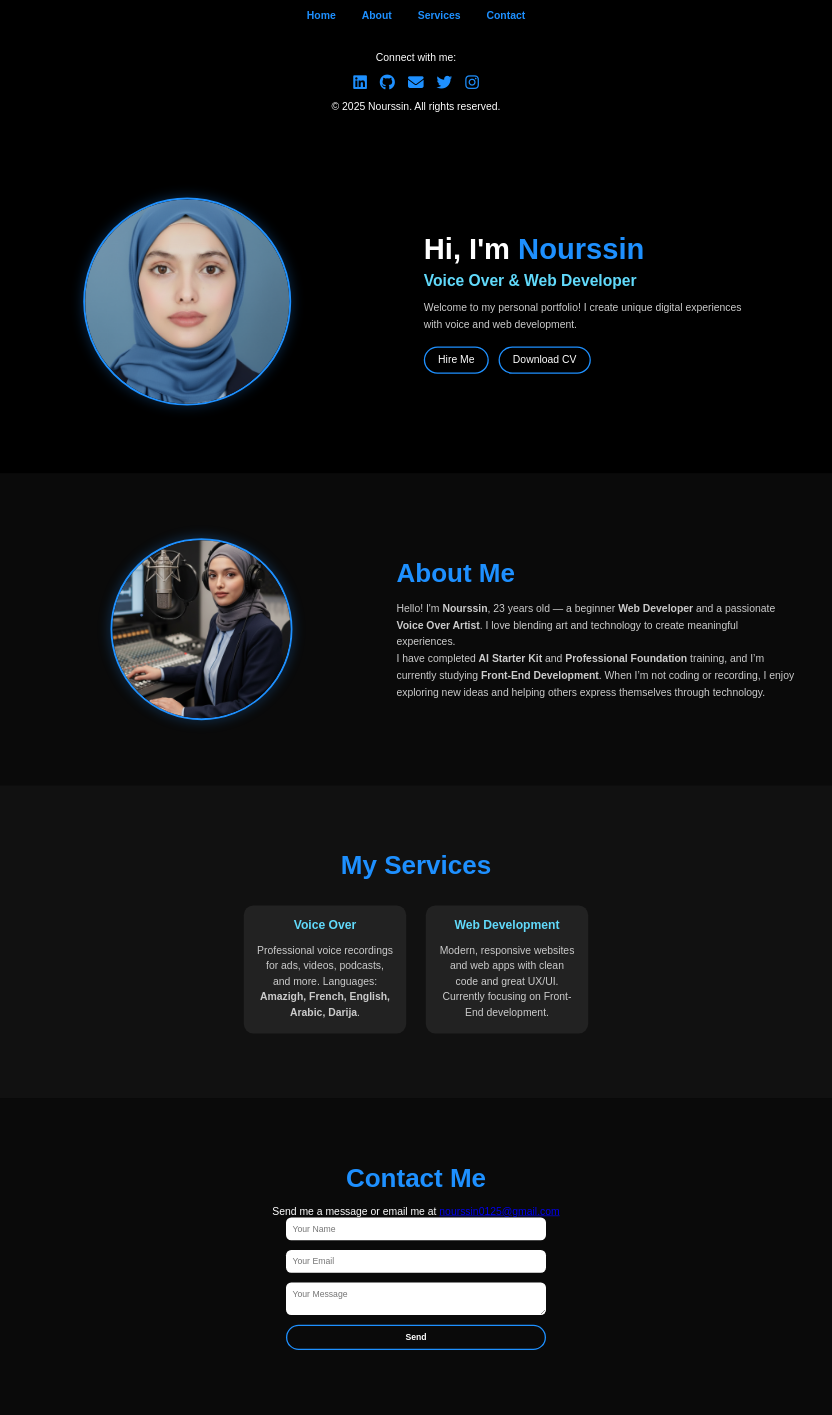
Repository: Abidar-Noura/portfolio
Page: index.html
The author's editor kept a copy of each file at every save. The page is drawn from the files as they stood at one save, then again after the next save.
The browser window is 1280 px wide. The pictures show the whole page, at 65% of full size.

Above is the page before, as saved 2025-11-02 13:06:50.

### index.html
<!DOCTYPE html>
<html lang="en">
<head>
  <link rel="stylesheet" href="https://cdnjs.cloudflare.com/ajax/libs/font-awesome/6.4.0/css/all.min.css"/>
  <meta charset="UTF-8">
  <meta name="viewport" content="width=device-width, initial-scale=1.0">
  <title>Portfolio - Nourssin</title>
  <link rel="stylesheet" href="style.css">
</head>
<!-- ===== FOOTER ===== -->
<footer>
  <p>Connect with me:</p>
  <div class="footer-socials">
    <a href="https://www.linkedin.com/in/nourssin" target="_blank"><i class="fab fa-linkedin"></i></a>
    <a href="https://github.com/Nourssin" target="_blank"><i class="fab fa-github"></i></a>
    <a href="mailto:nourssin@example.com"><i class="fas fa-envelope"></i></a>
    <a href="https://twitter.com/Nourssin" target="_blank"><i class="fab fa-twitter"></i></a>
    <a href="https://instagram.com/Nourssin" target="_blank"><i class="fab fa-instagram"></i></a>
  </div>
  <p>&copy; 2025 Nourssin. All rights reserved.</p>
</footer>

<body>

  <!-- ===== HEADER / NAVIGATION ===== -->
  <header>
    <nav>
      <ul>
        <li><a href="#home">Home</a></li>
        <li><a href="#about">About</a></li>
        <li><a href="#services">Services</a></li>
        <li><a href="#contact">Contact</a></li>
      </ul>
    </nav>
  </header>

  <!-- ===== HOME SECTION ===== -->
  <section class="home" id="home">
    <div class="home-content">
      <h1>Hi, I'm <span>Nourssin</span></h1>
      <h2>Voice Over & Web Developer</h2>
      <p>Welcome to my personal portfolio! I create unique digital experiences with voice and web development.</p>
      <div class="buttons">
        <a href="#contact" class="btn hire">Hire Me</a>
        <a href="files/Nourssin-CV.pdf" class="btn" download>Download CV</a>

      </div>
    </div>
    <div class="home-img">
      <img src="images/profile.png" alt="Nourssin Profile">
    </div>
  </section>



  <!-- ===== ABOUT SECTION ===== -->
 <section id="about" class="about">
  <div class="about-content">

    <!-- الصورة فاليسار -->
    <div class="about-img">
      <img src="images/nourssin-about.png" alt="Nourssin About Photo">
    </div>

    <!-- النص فاليمين -->
    <div class="about-text">
      <h2>About Me</h2>
      <p>
        Hello! I'm <strong>Nourssin</strong>, 23 years old — a beginner <strong>Web Developer</strong> and a passionate <strong>Voice Over Artist</strong>.
        I love blending art and technology to create meaningful experiences.
      </p>
      <p>
        I have completed <strong>AI Starter Kit</strong> and <strong>Professional Foundation</strong> training, and I’m currently studying <strong>Front-End Development</strong>.
        When I’m not coding or recording, I enjoy exploring new ideas and helping others express themselves through technology.
      </p>
    </div>

  </div>
</section>




  <!-- ===== SERVICES SECTION ===== -->
  <section id="services" class="services">
  <h2>My Services</h2>

  <div class="service-cards">

    <!-- Voice Over -->
    <div class="card">
      <h3>Voice Over</h3>
      <p>
        Professional voice recordings for ads, videos, podcasts, and more.
        Languages: <strong>Amazigh, French, English, Arabic, Darija</strong>.
      </p>
    </div>

    <!-- Web Development -->
    <div class="card">
      <h3>Web Development</h3>
      <p>
        Modern, responsive websites and web apps with clean code and great UX/UI.
        Currently focusing on Front-End development.
      </p>
    </div>

  </div>
</section>

  <!-- ===== CONTACT SECTION ===== -->
  <section class="contact" id="contact">
    <h2>Contact Me</h2>
    <p>Send me a message or email me at <a href="mailto:nourssin0125@gmail.com">nourssin0125@gmail.com</a></p>
    <form>
      <input type="text" placeholder="Your Name" required>
      <input type="email" placeholder="Your Email" required>
      <textarea placeholder="Your Message" required></textarea>
      <button type="submit">Send</button>
    </form>
  </section>

</body>
</html>

### style.css
/* ===== RESET ===== */
* {
  margin: 0;
  padding: 0;
  box-sizing: border-box;
  font-family: 'Poppins', sans-serif;
}

/* ===== BODY ===== */
body {
  background-color: #000;
  color: #fff;
  scroll-behavior: smooth;
}

/* ===== HEADER ===== */
header {
  position: fixed;
  top: 0;
  width: 100%;
  background-color: #000;
  z-index: 1000;
  padding: 15px 0;
}

header nav ul {
  display: flex;
  justify-content: center;
  list-style: none;
  gap: 40px;
}

header nav ul li a {
  text-decoration: none;
  color: #1E90FF;
  font-weight: bold;
  transition: 0.3s;
}

header nav ul li a:hover {
  color: #61dafb;
}

/* ===== HOME SECTION ===== */
.home {
  display: flex;
  align-items: center;
  justify-content: space-between;
  padding: 100px 10%;
  background-color: #000;
  color: #fff;
  flex-wrap: wrap;
}

/* الصورة فاليسار */
.home-img {
  order: 1;
}

.home-img img {
  width: 320px;
  height: 320px;
  border-radius: 50%;
  border: 3px solid #1E90FF;
  object-fit: cover;
  box-shadow: 0 0 20px rgba(30,144,255,0.3);
  transition: transform 0.3s ease;
}

.home-img img:hover {
  transform: scale(1.05) rotate(2deg);
}

/* النص فاليمين */
.home-content {
  max-width: 500px;
  order: 2;
}

.home-content h1 {
  font-size: 2.8rem;
  margin-bottom: 10px;
}

.home-content h1 span {
  color: #1E90FF;
}

.home-content h2 {
  color: #61dafb;
  font-size: 1.5rem;
  margin-bottom: 15px;
}

.home-content p {
  color: #ccc;
  margin-bottom: 20px;
  line-height: 1.6;
}

.buttons {
  display: flex;
  gap: 15px;
}

.btn {
  text-decoration: none;
  color: white;
  padding: 10px 20px;
  border: 2px solid #1E90FF;
  border-radius: 25px;
  transition: 0.3s;
}

.btn:hover {
  background-color: #1E90FF;
  color: black;
}

/* ===== ABOUT SECTION ===== */
.about {
  padding: 100px 50px;
  background-color: #0a0a0a;
  color: #fff;
}

.about-content {
  display: flex;
  align-items: center;
  justify-content: space-between;
  gap: 40px;
  flex-wrap: wrap;
}

.about-text {
  flex: 1 1 400px;
}

.about-text h2 {
  color: #1E90FF;
  font-size: 2.5rem;
  margin-bottom: 20px;
}

.about-text p {
  color: #ccc;
  line-height: 1.6;
}

.about-img {
  flex: 1 1 300px;
  display: flex;
  justify-content: center;
}

.about-img img {
  width: 280px;
  height: 280px;
  border-radius: 50%;
  border: 3px solid #1E90FF;
  object-fit: cover;
  box-shadow: 0 0 20px rgba(30,144,255,0.3);
}

/* ===== SERVICES SECTION ===== */
.services {
  padding: 100px 50px;
  background-color: #111;
  color: #fff;
  text-align: center;
}

.services h2 {
  color: #1E90FF;
  margin-bottom: 40px;
  font-size: 2.5rem;
}

.service-cards {
  display: flex;
  flex-wrap: wrap;
  gap: 30px;
  justify-content: center;
}

.card {
  background-color: #222;
  padding: 20px;
  border-radius: 15px;
  width: 250px;
  transition: transform 0.3s, box-shadow 0.3s;
}

.card:hover {
  transform: translateY(-10px);
  box-shadow: 0 10px 20px rgba(30, 144, 255, 0.5);
}

.card h3 {
  color: #61dafb;
  margin-bottom: 15px;
}

.card p {
  color: #ccc;
  line-height: 1.5;
}

/* ===== CONTACT SECTION ===== */
.contact {
  padding: 100px 50px;
  background-color: #0a0a0a;
  color: #fff;
  text-align: center;
}

.contact h2 {
  color: #1E90FF;
  margin-bottom: 20px;
  font-size: 2.5rem;
}

.contact form {
  display: flex;
  flex-direction: column;
  gap: 15px;
  max-width: 400px;
  margin: 0 auto;
}

.contact input, .contact textarea {
  padding: 10px;
  border-radius: 8px;
  border: none;
}

.contact button {
  padding: 10px;
  border-radius: 25px;
  border: 2px solid #1E90FF;
  background-color: transparent;
  color: #fff;
  font-weight: bold;
  cursor: pointer;
  transition: 0.3s;
}

.contact button:hover {
  background-color: #1E90FF;
  color: black;
}

/* ===== RESPONSIVE ===== */
@media (max-width: 900px) {
  .home {
    flex-direction: column;
    text-align: center;
  }

  .home-img, .home-content {
    order: unset;
  }

  .home-img img {
    width: 250px;
    height: 250px;
    margin-bottom: 20px;
  }

  .about-content {
    flex-direction: column;
    text-align: center;
  }

  .about-img {
    margin-bottom: 20px;
  }
}
/* ===== Responsive (phones & tablets) ===== */
@media (max-width: 900px) {
  /* نخلي العناصر فوق بعضها */
  .home {
    flex-direction: column;
    text-align: center;
  }

  /* الصورة تطلع فوق */
  .home-img {
    order: 1;
  }

  /* النص ينزل تحت */
  .home-content {
    order: 2;
  }

  .home-img img {
    width: 250px;
    height: 250px;
    margin-bottom: 25px;
  }

  .home-content h1 {
    font-size: 2rem;
  }

  .home-content h2 {
    font-size: 1.2rem;
  }

  .home-content p {
    font-size: 0.95rem;
  }

  .buttons {
    justify-content: center;
  }
}
footer {
  background-color: #000;
  color: #fff;
  text-align: center;
  padding: 30px 20px;
  margin-top: 50px;
}

.footer-socials {
  display: flex;
  justify-content: center;
  gap: 20px;
  margin: 15px 0;
}

.footer-socials a {
  color: #1E90FF;
  font-size: 1.5rem;
  transition: 0.3s;
}

.footer-socials a:hover {
  color: #61dafb;
  transform: scale(1.2);
}

After the next save:
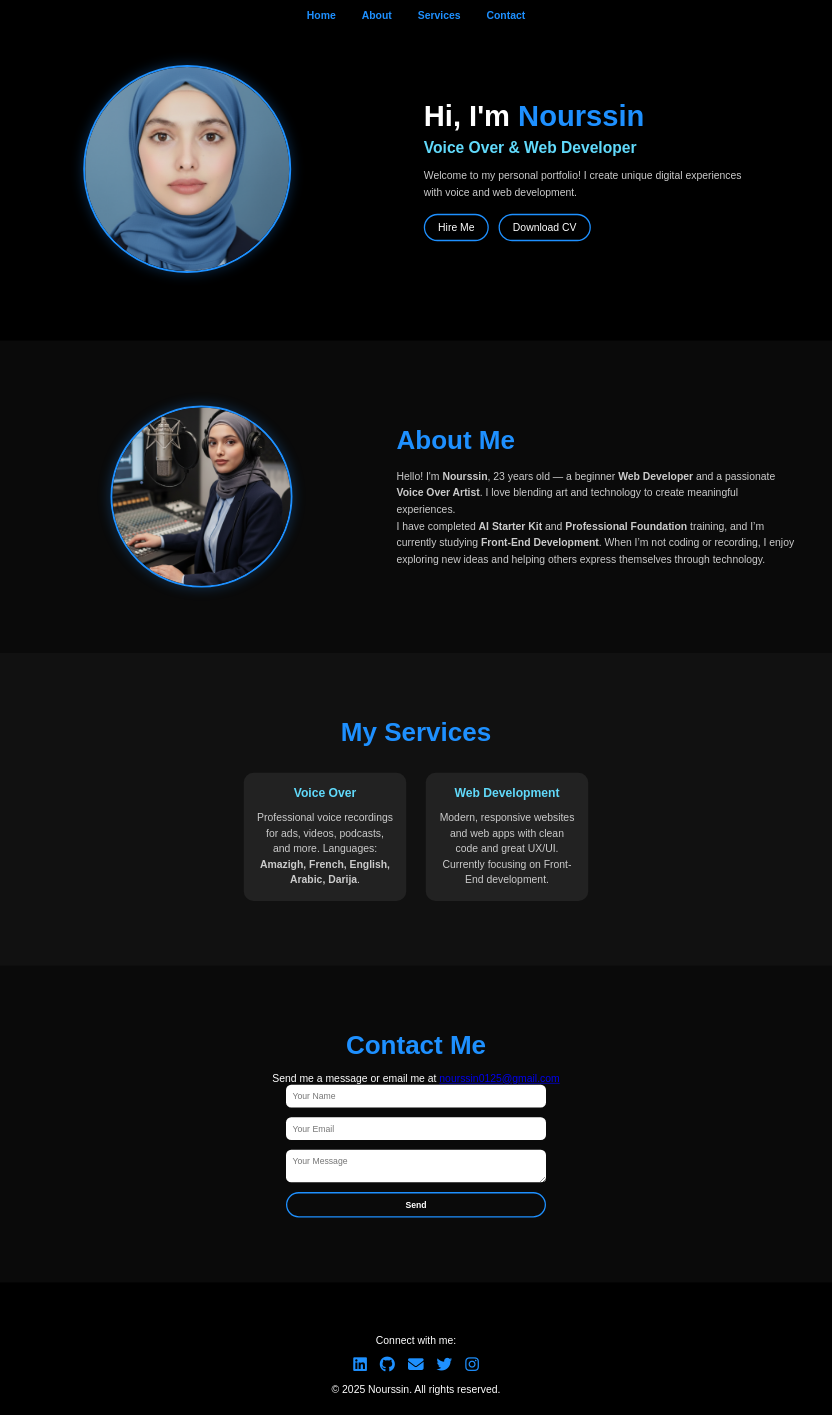
Saved 5 min 40 s later.
--- a/index.html
+++ b/index.html
@@ -7,19 +7,6 @@
   <title>Portfolio - Nourssin</title>
   <link rel="stylesheet" href="style.css">
 </head>
-<!-- ===== FOOTER ===== -->
-<footer>
-  <p>Connect with me:</p>
-  <div class="footer-socials">
-    <a href="https://www.linkedin.com/in/nourssin" target="_blank"><i class="fab fa-linkedin"></i></a>
-    <a href="https://github.com/Nourssin" target="_blank"><i class="fab fa-github"></i></a>
-    <a href="mailto:nourssin@example.com"><i class="fas fa-envelope"></i></a>
-    <a href="https://twitter.com/Nourssin" target="_blank"><i class="fab fa-twitter"></i></a>
-    <a href="https://instagram.com/Nourssin" target="_blank"><i class="fab fa-instagram"></i></a>
-  </div>
-  <p>&copy; 2025 Nourssin. All rights reserved.</p>
-</footer>
-
 <body>
 
   <!-- ===== HEADER / NAVIGATION ===== -->
@@ -119,6 +106,18 @@
       <button type="submit">Send</button>
     </form>
   </section>
+<!-- ===== FOOTER ===== -->
+<footer>
+  <p>Connect with me:</p>
+  <div class="footer-socials">
+    <a href="https://www.linkedin.com/in/nourssin" target="_blank"><i class="fab fa-linkedin"></i></a>
+    <a href="https://github.com/Nourssin" target="_blank"><i class="fab fa-github"></i></a>
+    <a href="mailto:nourssin@example.com"><i class="fas fa-envelope"></i></a>
+    <a href="https://twitter.com/Nourssin" target="_blank"><i class="fab fa-twitter"></i></a>
+    <a href="https://instagram.com/Nourssin" target="_blank"><i class="fab fa-instagram"></i></a>
+  </div>
+  <p>&copy; 2025 Nourssin. All rights reserved.</p>
+</footer>
 
 </body>
 </html>
